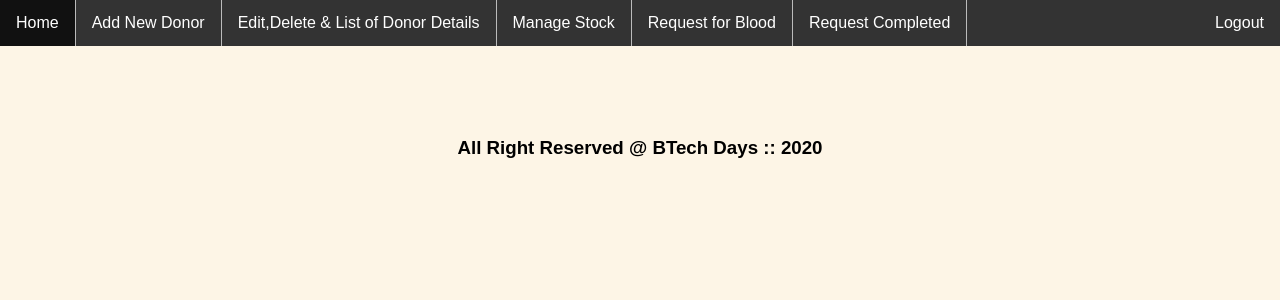
Repository: Tejas-2408/Blood-Bank-Management
Page: http://localhost/Blood_Bank_Management_System/addNewDonor.jsp
The author's editor kept a copy of each file at every save. The page is drawn from the files as they stood at one save, then again after the next save.
The browser window is 1280 px wide. The pictures show the whole page.
The page is served by Tomcat 9. Queries for data that is not in the repository find no rows.

Above is the page before, as saved 2022-06-03 13:58:39.

After the next save:
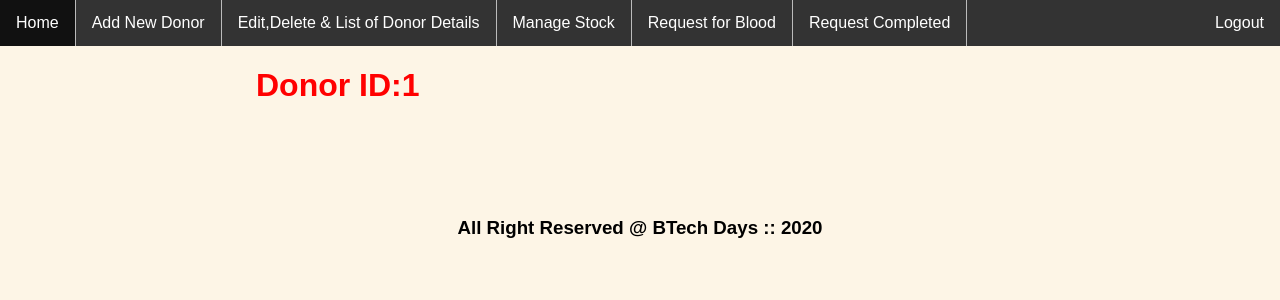
Saved 97 s later.
--- a/Blood Bank Management System/src/main/webapp/addNewDonor.jsp
+++ b/Blood Bank Management System/src/main/webapp/addNewDonor.jsp
@@ -36,11 +36,12 @@ try{
 	if(rs.next()){
 		id = rs.getInt(1);
 		id++;
-
-	}
+	}  %>
+	<div class="container">
+	<h1 style="color:red;">Donor ID:<%out.print(id); %></h1>
+	<%
 }
 catch(Exception e){
-
 }
 
 %>
